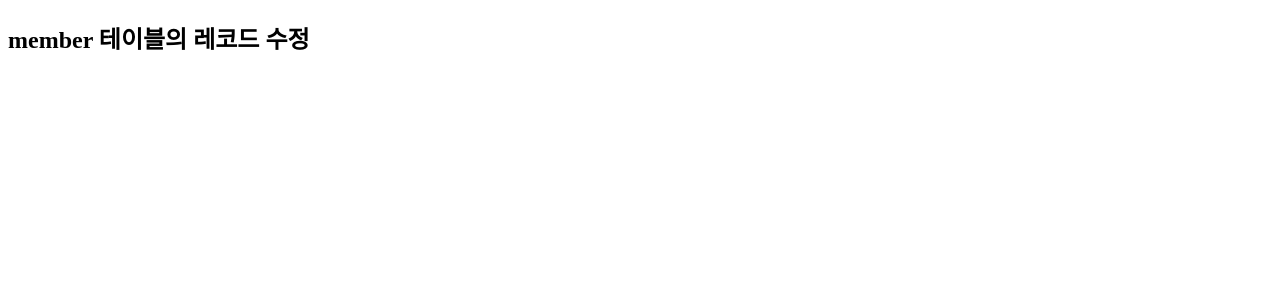
Repository: gugucon-hwan/ForStudyJSP
Page: http://localhost/StudyBasicJSP/ch11/updateTestForm.jsp
The author's editor kept a copy of each file at every save. The page is drawn from the files as they stood at one save, then again after the next save.
The browser window is 1280 px wide. The pictures show the whole page.
The page is served by Tomcat 9. Other server files are loaded and not shown.

Above is the page before, as saved 2020-08-21 10:11:10.

### StudyBasicJSP/WebContent/ch11/updateTestForm.jsp
<%@ page language="java" contentType="text/html; charset=UTF-8"
    pageEncoding="UTF-8"%>
<!DOCTYPE html>
<html>
<head>
<meta charset="UTF-8">
<title>레코드 수정</title>
</head>
<body>
	<h2>member 테이블의 레코드 수정</h2>
	<form method="post" action="updateTestPro.jsp">

	</form>
</body>
</html>

After the next save:
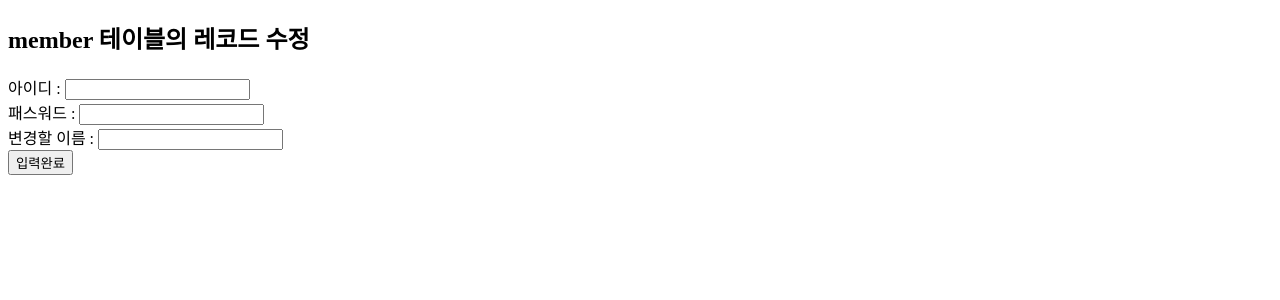
Saved 76 s later.
--- a/StudyBasicJSP/WebContent/ch11/updateTestForm.jsp
+++ b/StudyBasicJSP/WebContent/ch11/updateTestForm.jsp
@@ -9,7 +9,10 @@
 <body>
 	<h2>member 테이블의 레코드 수정</h2>
 	<form method="post" action="updateTestPro.jsp">
-
+		아이디 : <input type="text" name="id" maxlength="50"><br>
+		패스워드 : <input type="password" name="passwd" maxlength="16"><br>
+		변경할 이름 : <input type="text" name="name" maxlength="10"><br>
+		<input type="submit" value="입력완료">
 	</form>
 </body>
 </html>
